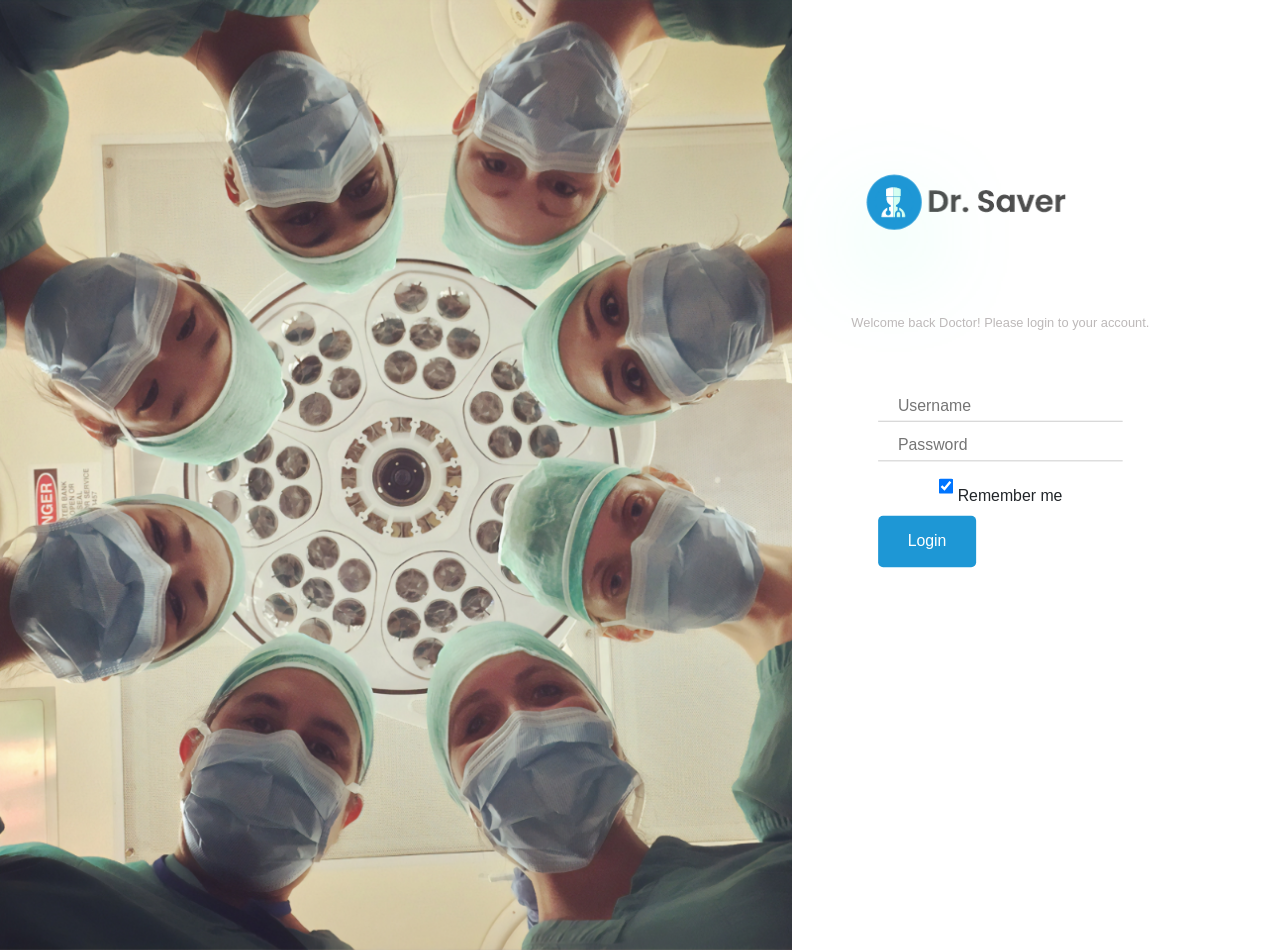
Repository: nsra/hadeel_doctor_system
Page: doctor/Dlogin.html
The author's editor kept a copy of each file at every save. The page is drawn from the files as they stood at one save, then again after the next save.
The browser window is 1280 px wide. The page is 1295 px wide, so the pictures cover 1295 px, including what lies to the right of the window. The pictures show the whole page, at 99% of full size.
Some web fonts or font styles are not loaded; a fallback is used. Some web libraries are served in a nearby version.

Above is the page before, as saved 2022-03-29 16:50:43.

### doctor/Dlogin.html
<!DOCTYPE html>
<html lang="en">
<head>
    <meta charset="UTF-8">
    <meta http-equiv="content-type" content="text/html; charset=UTF-8">
    <title>DrSaver</title>
    <link rel="shortcut icon" href="../assets/img/doctor.png" type="image/x-icon">
    <link rel="stylesheet" href="https://maxcdn.bootstrapcdn.com/bootstrap/4.0.0/css/bootstrap.min.css" integrity="sha384-Gn5384xqQ1aoWXA+058RXPxPg6fy4IWvTNh0E263XmFcJlSAwiGgFAW/dAiS6JXm" crossorigin="anonymous">
    <link rel="stylesheet" href="https://pro.fontawesome.com/releases/v5.10.0/css/all.css" integrity="sha384-AYmEC3Yw5cVb3ZcuHtOA93w35dYTsvhLPVnYs9eStHfGJvOvKxVfELGroGkvsg+p" crossorigin="anonymous"/>
    <link rel="stylesheet" href="../assets/css/style.css" type="text/css">
    <link rel="preconnect" href="https://fonts.gstatic.com">
    <link href="https://fonts.googleapis.com/css2?family=Tajawal:wght@700&display=swap" rel="stylesheet">
    <meta name="viewport" content="width=device-width, initial-scale=1, shrink-to-fit=no">
</head>
<body>
<section class="loginSection">
    <div class="row window-full">
        <div class="hero col-6 float-right ">
           <img  src="../assets/img/dlogin.png"></img>

        </div>
        <div class="col-6 float-left text-center">
            <img class="fleft" src="../assets/img/log1.png"></img>
            <div class="fright pd-y">

              <br>
           <p  class="pcol">Welcome back Doctor! Please login to your account.</p>

          <form action="action_page.php" method="post">

            <div class="input-field">
              <input type="text" placeholder="Username" name="uname" required>


              <input type="password" placeholder="Password" name="psw" required>


            <input type="checkbox" checked="checked" style="width:15px; " name="remember"> Remember me
              </div>   <button type="submit">Login</button>


          </form>
        </div>
      </div>
    </div>
</section>

<script src="https://ajax.googleapis.com/ajax/libs/jquery/3.5.1/jquery.min.js"></script>
<!-- Popper.JS -->
<script src="https://cdnjs.cloudflare.com/ajax/libs/popper.js/1.14.0/umd/popper.min.js" integrity="sha384-cs/chFZiN24E4KMATLdqdvsezGxaGsi4hLGOzlXwp5UZB1LY//20VyM2taTB4QvJ" crossorigin="anonymous"></script>
<!-- Bootstrap JS -->
<script src="https://stackpath.bootstrapcdn.com/bootstrap/4.1.0/js/bootstrap.min.js" integrity="sha384-uefMccjFJAIv6A+rW+L4AHf99KvxDjWSu1z9VI8SKNVmz4sk7buKt/6v9KI65qnm" crossorigin="anonymous"></script>
<script src="assets/js/scripts.js"></script>

</body>
</html>

### assets/css/style.css
 /*common*/


.overlay{
    position:absolute;
    width:  100%;
    height: 100%;
    top: 0;
    left: 0;
    background-color: rgba(3, 3, 3, 0.7);
}
.hover-opacity{
    transition: opacity .5s;
}
.hover-opacity:hover{
opacity: 0.8;
}

/*general css*/
:root{
    --maincolor:#6195ff;
}
*{
    margin: 0;
    padding: 0;
    box-sizing: border-box;
}
ul{
    list-style: none;
}
.container{
    width: 80%;

    margin: auto;/*elment in the center*/
}
body{
    font-family: 'Varela Round', sans-serif;
}
.clear{
    clear: both;
}
h1,h2,h3,h4,h5,h6{
    font-family: montserrat,sans-serif;
}
button{
    font-family: inherit;
}
a{
    text-decoration: none;
}
.pd-y{
    padding: 100px 0;
}
.section-header{
    text-align: center;
    margin-bottom: 20px;
}
.section-header .section-title{
    font-size: 35px;
    text-transform: capitalize;
    margin-bottom: 10px;
}
.section-header .line{
display: block;
height: 5px;
width: 60px;
margin: 0 auto 70px auto;
background-color: var(--maincolor);
}

.ltr-effect,.tb-effect{
    position: relative;
}
.ltr-effect::after,.tb-effect::after{
position: absolute;
content: "";
top: 0;
right: 0;
left: 0;
bottom: 0;
background: #333;
z-index:-1 ;

}
.ltr-effect:hover::after{
width: 100%;
}
.ltr-effect::after{
    width: 0;
    transition: width 0.5s;
}
.tb-effect::after{
 height: 0;
 transition: height 0.5s;

}
.tb-effect:hover::after{
height: 100%;
}
/* header*/
.header{
    position:fixed;
    width: 100%;
    z-index: 15;
    height: 10%;
  }

 b{
     color: #ffff;

 }
.header .logo{
    width: 50%;
  float: left;
 }
.header .logo img{
    width: 120px;
    margin-left: 20px;
   }
.header .nav{
    width: 50%;
     float: left;
    list-style: none;
    text-align: right;
}
.header .nav > li{
    display: inline-block;

    text-align: right;
}
.header .nav > li > a{
    color: #fff;
    font-size: 15px;

    display: block;
    padding: 30px 15px;
}

.header .nav > li > a.active:after{
content: "";
display: block;
margin-top: 2px;
height: 3px;
background-color: #6195ff;
transition: width 0.5s;

}
.header .nav > li > a.active:after{
    width: 100%;
}

.header .nav > li > a:after{
width: 0;
}
.header .nav > li > a:hover::after{
    width: 100%;
    }
    .dropdown{
        position: relative;
    }
    .dropdown-menu{
        position: absolute;
        background: #6195ff;
        width: 150px;
        text-align: right;
        left: -50%;
        top: 70%;
        opacity: 0;
        visibility: hidden;
        transition: opacity 0.5s;
    }
    .dropdown-menu a{
        color:#fff;
        display: block;
        padding: 10px;

    }
    .dropdown:hover .dropdown-menu{
        opacity: 1;
        visibility:visible;
    }
/*Home section*/
.home{
    height: 100vh;
    background-image: url(../img/background.png);
    background-size: cover;
    position: relative;
}
.home-content{
    position: absolute;
    width: 65%;
    top: 50%;
    left: 50%;
    transform: translate(-50%,-50%);
    text-align: left;
}
.home .title{

margin: 20px 0;
color: var(--maincolor);
letter-spacing: 2px;
line-height: 1.5;
}
.home .home-desc{
    color: #fff;
    font-size: 3.5rem;
    text-transform: uppercase;
}
.home .btn{
    max-width: 150px;
    padding: 15px 0;
    border-radius: 5px;
    border: 0;
    cursor: pointer;
    font-size: 18px;
}

.home .btn-learn{
    background-color: #6195ff;
    color:#fff;

}

nav{
    font-size: 18px;
}
.navbar-light .navbar-brand{
    font-size: 32px;
 }

.navbar-light .navbar-nav .nav-link{
    color: black;
}

 #cplue{
     color:#1E97D5 ;
 }
 .bplue{
background-color: #dce0e4;
 color: #1E97D5;
 }
 .fleft{
     position: relative;
     margin-top: 11%;
    margin-right: 20%;
 }
 .fright{
     position:absolute;
     right:20%;
     top: 20%;
 }
 .pcol{
     color: rgb(189, 185, 185);
     font-size: small;
 }

/*About section*/

.about-content{
    overflow: hidden;
}
.about-item{
     width: 30%;
    float: left;
text-align: center;
border: 1px solid #e8e8e8;
padding: 50px 20px;
}

.about-item.mg{
    margin: 0 5%;
}
.about-item:hover .about-item-title{
    color: #fff;
}
.about-item .icon{
    color: #6195ff;
    margin-bottom: 10px;
}
.about-item-title{
    text-transform: capitalize;
    margin-bottom: 10px;
    transition: color 0.5s;
}
.about-item-desc{
    line-height: 1.6;
    margin-bottom: 10px;
    color:#999 ;
}
.about-item-link{
color: #6195ff;
text-transform: capitalize;
}

/*number section*/
.numbers{
    position: relative;
    background-image: url(../img/background.png);
    background-size: cover;
    background-attachment: fixed;
    height: 300px;
}
.numbers-item{
    overflow: hidden;

}
.number-item{
width: 25%;
float: left;
text-align: center;
}
.number-item .icon{
    color: #6195ff;
    margin-bottom: 15px;
}
.number-item-title{
    font-weight: bold;
    font-size: 30px;
    color: #fff;

}
.number-item-text{
    color: #fff;
}

/*Blog page*/
.blog{
    background: #f9f9f9;
}

.blog-content{
    overflow: hidden;
}
.blog-item{
    width: 30%;
    float: left;
    background: #fff;
}
.blog-item-img img{
width: 100%;
}

.blog-info{
    padding: 20px;
}

.blog-list{
    list-style: none;
    margin: 20px 0;
}
.blog-list li{
    display: inline-block;
    margin: 0 5px;
}

.blog-list li i{
    color: #6195ff;
}
.blog-title{
    font-weight: bold;
    margin: 20px 0;
}
.blog-desc{
    color: #999;
    margin-bottom: 10px;
    line-height: 1.5;
 }
.blog-link{
    color: #6195ff;
}
.blog-item.mg{
    margin: 0 5%;
}

/*contact section*/

/*footer section*/
.footer{
    background: #1c1d23;
    text-align: center;
    padding: 60px 0;
}
.footer-links{
    list-style: none;
    margin: 20px 0;
}
.footer-links li{
    display: inline-block;

}
.footer-links li a{
    display: block;
    width: 50px;
    height: 50px;
    background: #6195ff;
    color: #fff;
    margin: 0 5px;
    border-radius: 50%;
}
.footer-links li a i{
    line-height: 50px;
}

.footer .copyright{
    color: #999;
    font-size: 15px;
    text-transform: uppercase;
}

 /********login******/


  /* Full-width inputs */
  input[type=text], input[type=password] ,input[type=email],input[type=number],input[type=date],input[type=submit]{
    width: 100%;
    padding: 12px 20px;
    margin: 10px 0 ;

    display:flex;
    border: none;
    border-bottom: 1px solid #ccc;

  }

  /* Set a style for all buttons */
  button {
    background-color: #1E97D5;
    color: white;
    padding: 14px 20px;
    margin: 8px 0;
    border: none;
    cursor: pointer;
    width: 40%;

    border-radius: 5px;
  }
  .but{
    padding-top: 10%;
  margin-left: 10%;

    align-items: center;
  }
  /* Add a hover effect for buttons */
  button:hover {
    opacity: 0.8;
  }



  /* Add padding to containers */
  .container {
    padding: 16px;

  }

  .psw{
      margin-left: 60px;
  }
  .signbtn{
      color: #000;
      background-color: #fff;
      border: 1px solid #1E97D5;
  }
  .signbtn:hover{
    background-color: #1E97D5;
    opacity: 0.8;
  }
  .fname{
    position: relative;
  margin-right: 10%;
  }
  .lname {
    position: absolute;
    top: 20%;
    left: 50%;
  }

  /* Change styles for span and cancel button on extra small screens */
  @media screen and (max-width: 300px) {
    span.psw {
      display: block;
      float: none;
    }
    .cancelbtn {
      width: 100%;
    }
  }

.rate{
    margin: 10px;
    float: left;
    background: #eeeeee;
    border-radius: 30px;
}
.rate i{
    color: #ffdb00;
}

.footer {
    display: flex;
    flex-flow: row wrap;
    padding: 30px 30px 20px 30px;
    color: #2f2f2f;
    background-color: #fff;
    border-top: 1px solid #e5e5e5;
  }

  .footer > * {
    flex:  1 100%;
  }

  .footer__addr {
    margin-right: 1.25em;
    margin-bottom: 2em;
  }

  .footer__logo {
    font-family: 'Pacifico', cursive;
    font-weight: 400;
    text-transform: lowercase;
    font-size: 1.5rem;
  }

  .footer__addr h2 {
    margin-top: 1.3em;
    font-size: 15px;
    font-weight: 400;
  }

  .nav__title {
    font-weight: 400;
    font-size: 15px;
  }

  .footer address {
    font-style: normal;
    color: #999;
  }

  .footer__btn {
    display: flex;
    align-items: center;
    justify-content: center;
    height: 36px;
    max-width: max-content;
    background-color: rgb(33, 33, 33, 0.07);
    border-radius: 100px;
    color: #2f2f2f;
    line-height: 0;
    margin: 0.6em 0;
    font-size: 1rem;
    padding: 0 1.3em;
  }

  .footer ul {
    list-style: none;
    padding-left: 0;
  }

  .footer li {
    line-height: 2em;
  }

  .footer a {
    text-decoration: none;
  }

  .footer__nav {
    display: flex;
      flex-flow: row wrap;
  }

  .footer__nav > * {
    flex: 1 50%;
    margin-right: 1.25em;
  }

  .nav__ul a {
    color: #999;
  }

  .nav__ul--extra {
    column-count: 2;
    column-gap: 1.25em;
  }

  .legal {
    display: flex;
    flex-wrap: wrap;
    color: #999;
  }

  .legal__links {
    display: flex;
    align-items: center;
  }

.social{
    padding-top: 50px;
    margin-left: 700px;

}
.socialItem{
   color: #1E97D5;
    border-radius: 50%;
    line-height: 2;
    margin: 15px;
}
.socialItem:hover{
    background: #6db4e4;
    border:  2px white;

}
  .heart {
    color: #2f2f2f;
  }

  @media screen and (min-width: 24.375em) {
    .legal .legal__links {
      margin-left: auto;
    }
  }

  @media screen and (min-width: 40.375em) {
    .footer__nav > * {
      flex: 1;
    }

    .nav__item--extra {
      flex-grow: 2;
    }

    .footer__addr {
      flex: 1 0px;
    }

    .footer__nav {
      flex: 2 0px;
    }
  }
/******** about page ***********/
.heroSection img{
    border-radius: 30px;
}
/******** Pprofile page ***********/

.sidebar {
  margin: 0;
  margin-left: 10%;
  padding: 0;
  width: 30%;
  text-align: center;
  position: absolute;
  height: 100%;
  overflow: auto;

}

.sidebar a {
  display: block;
  color: black;
  padding: 16px;
  text-decoration: none;
}

@media screen and (max-width: 700px) {
  .sidebar {
    width: 100%;
    height: auto;
    position: relative;
  }
  .sidebar a {float: left;}
  div.content {margin-left: 0;}
}

@media screen and (max-width: 400px) {
  .sidebar a {
    text-align: center;
    float: none;
  }
}


.card{
  width: 95%;
 }

.update{

border: none;
margin-left: 100px;
color: white;
padding: 15px 32px;
text-align: center;
text-decoration: none;
display: inline-block;
font-size: 16px;
}

 ul{
  list-style-type: none;
 }

 input,select{
  height: 30px;
  border:none;
  border-bottom: 1px solid gray;
  outline: none;
 width: 100%;

}
.staryel{
     color: yellow;
 }
form{
display: flex;

width: 100%;
height: 90%;
margin-top:20px;
padding:30px;
display: flex;

flex-direction: column;
justify-content: space-around;
border-radius: 5px;

}

### assets/js/scripts.js
$("#profileImage").click(function(e) {
    $("#imageUpload").click();
});
/****** 100 vh section **********/
var elements = document.getElementsByClassName('window-full');
var windowheight = window.innerHeight + "px";

fullheight(elements);
function fullheight(elements) {
    for(let el in elements){
        if(elements.hasOwnProperty(el)){
            elements[el].style.height = windowheight;
        }
    }
}

window.onresize = function(event){
    fullheight(elements);
}

After the next save:
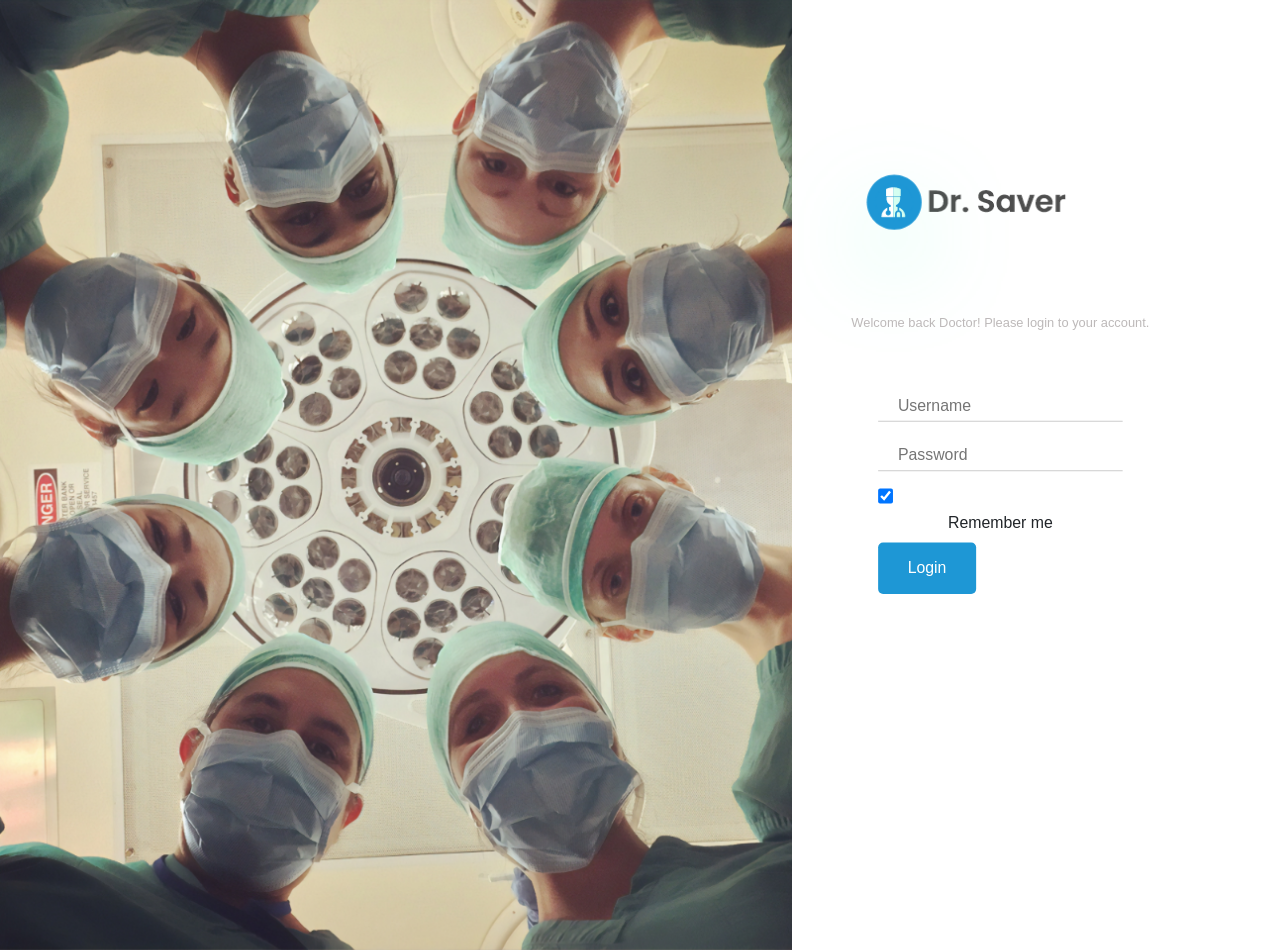
Saved 14 s later.
--- a/doctor/Dlogin.html
+++ b/doctor/Dlogin.html
@@ -28,7 +28,7 @@
 
           <form action="action_page.php" method="post">
 
-            <div class="input-field">
+
               <input type="text" placeholder="Username" name="uname" required>
 
 
@@ -36,7 +36,7 @@
 
 
             <input type="checkbox" checked="checked" style="width:15px; " name="remember"> Remember me
-              </div>   <button type="submit">Login</button>
+              <button type="submit">Login</button>
 
 
           </form>
